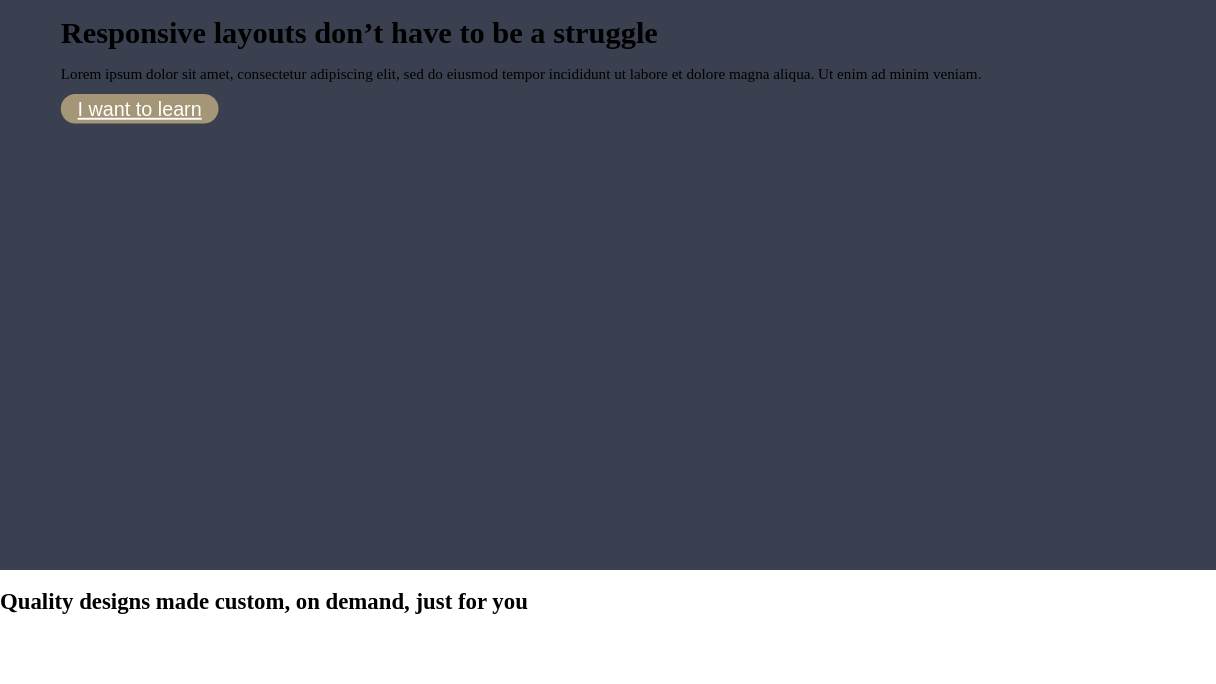
Repository: GregG21/Kevin-Powell-21-day-challange
Page: Day 9/index.html
An editor plug-in stored every save of this project. The page is shown before and after the next save, followed by the edit.
The browser window is 1280 px wide. The pictures show the whole page, at 95% of full size.
The style sheet was rebuilt from its Sass, Less or Tailwind sources for each picture, by a compiler version that may differ from the author's.

Above is the page before, as saved 2020-09-11 15:12:58.

### Day 9/index.html
<!DOCTYPE html>
<html lang="en">
<head>
    <meta charset="UTF-8">
    <meta name="viewport" content="width=device-width, initial-scale=1.0">
    <title>Conquering Rsponsive Layouts</title>
    <link href="https://fonts.googleapis.com/css2?family=Roboto:wght@400;900&display=swap" rel="stylesheet">
    <link rel="stylesheet" href="style.css">
</head>
<body>
    <header class="hero">
        <div class="container row">
            <div class="hero__text">
                <h1>Responsive layouts don’t have to be a struggle</h1>
                <p>Lorem ipsum dolor sit amet, consectetur adipiscing elit, sed do eiusmod tempor incididunt ut labore et dolore magna aliqua. Ut enim ad minim veniam.</p>
                <a href="#" class="btn">I want to learn</a>
            </div>
        </div>
    </header>
    <main class="main">
        <section class="primary-content">
            <h2 class="section-title">Quality designs made custom, on demand, just for you</h2>
                <p></p>
                <p></p>

            <aside class="sidebar">
                <h2 class="sidebar-title"></h2>
                <p></p>

                <h2 class="sidebar-title"></h2>
                <p></p>

                <h2 class="sidebar-title"></h2>
                <p></p>
            </aside>
        </section>
    </main>


</body>
</html>

### FINAL/style.scss
$dark_blue: #2E323F;
$blue: #3B4050;
$grey: #6F737F;
$white: #FFFFFF;
$baige: #A59678;

$bold-font: 'Oswald', sans-serif;
$regular-font: 'Montserrat', sans-serif;




*, *::after, *::before{
    box-sizing: border-box;

}
body {
    margin: 0;
}

h1 {
    margin: 0;
}

img {
    max-width: 100%;
}
header {
    padding: 1em;
    background-color: $dark_blue;
    align-items: center;
}
footer {
    display: flex;
    margin: 0 auto;
    justify-content: center;
}


.container {
    max-width: 1200px;
    width: 90%;
    margin: 0 auto;

}

.flex{
    display: flex;
    flex-direction: column;
}

.white-text {
    color: $white;
}

.baige-text {
    color: $baige;
}

.hero {
    background-color: $blue;
    flex-direction: column;
    padding: 1em 0;
    min-height: 600px;
    justify-content: center;
    align-items: center;
}
.title {
    font-size: 3rem;
    font-family: $bold-font;
    font-weight: 900;
}
.right-text {
    font-family: $regular-font;
    font-size: 1.5rem;
    margin: 1em;
    flex-direction: column;

    a{
        margin-top: 2em;
    }
}
.btn {
    font-family: $bold-font;
    background-color: $baige;
    color: white;
    font-size: 1.3rem;
    border-radius: 100px;
    padding: .2em .85em;
    text-align: center;
}

.first__section {
    background-color: #f1f1f1;
    padding: 1em;
}
.second__section {
    background-color: $white;
    padding: 1em;
    flex-direction: column;
}
footer {
    background-color: $blue;
    padding: 1em;

}




.nav__link {
    display: none;
    list-style: none;
    text-transform: uppercase;
    a {
        text-decoration: none;
        color: $white;
    }

}

.first__section--title {
    color: $baige;
    text-align: center;
    padding-top: 2em;
    font-family: $bold-font;
}
.first__section--text {
    font-family: $regular-font;
    text-align: center;
}
.tile {
    background-color: $dark_blue;
    text-align: center;
    color: white;


    h1 {
        font-family: $bold-font;
        font-weight: 900;
        font-size: 2em;
        padding: 1em 1em 0 1em;
    }
    p {
        font-family: $regular-font;
        font-size: 1em;
        font-weight: 400;
        padding: 1em;

    }
}

@media (min-width: 700px) {
    .nav__link {
        display: flex;
        padding-left: 2em;
        justify-content: flex-end;
    }
    .flex {
        display: flex;
        flex-direction: row;
    }
    .left {
        width: 40%;
    }
    .right {
        width: 55%;
    }

}


@media (min-width: 1000px) {
    .flex {
        display: flex;
        flex-direction: row;
    }


}

After the next save:
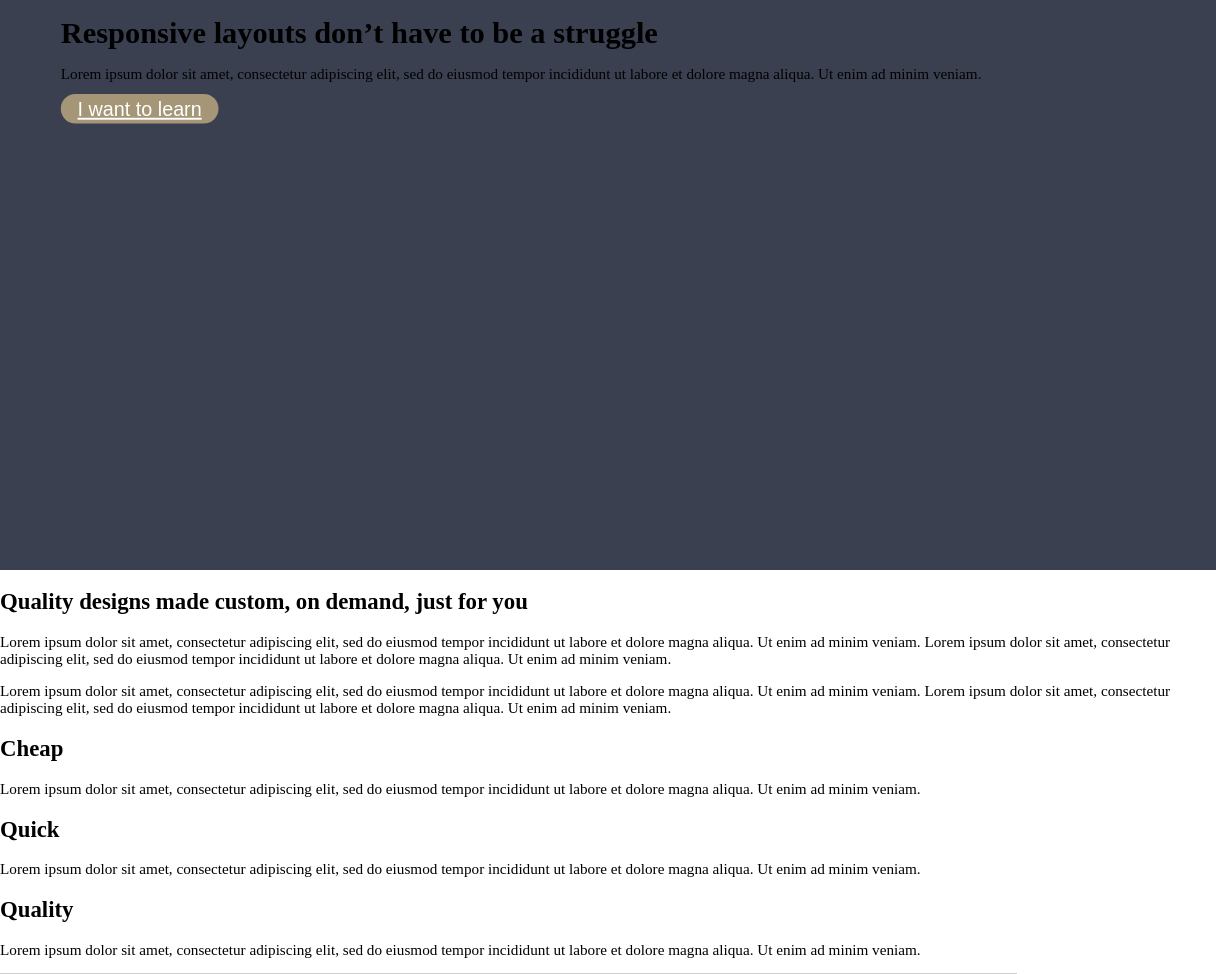
Saved 44 s later.
--- a/Day 9/index.html
+++ b/Day 9/index.html
@@ -20,18 +20,21 @@
     <main class="main">
         <section class="primary-content">
             <h2 class="section-title">Quality designs made custom, on demand, just for you</h2>
-                <p></p>
-                <p></p>
+                <p>Lorem ipsum dolor sit amet, consectetur adipiscing elit, sed do eiusmod tempor incididunt ut labore et dolore magna aliqua. Ut enim ad minim veniam. Lorem ipsum dolor sit amet, consectetur adipiscing elit, sed do eiusmod tempor incididunt ut labore et dolore magna aliqua. Ut enim ad minim veniam.</p>
+                <p>Lorem ipsum dolor sit amet, consectetur adipiscing elit, sed do eiusmod tempor incididunt ut labore et dolore magna aliqua. Ut enim ad minim veniam. Lorem ipsum dolor sit amet, consectetur adipiscing elit, sed do eiusmod tempor incididunt ut labore et dolore magna aliqua. Ut enim ad minim veniam.</p>
 
             <aside class="sidebar">
-                <h2 class="sidebar-title"></h2>
-                <p></p>
+                <h2 class="sidebar-title">Cheap</h2>
+                <p>Lorem ipsum dolor sit amet, consectetur adipiscing elit, sed do eiusmod tempor incididunt ut labore et dolore magna aliqua. Ut enim ad minim veniam.
+                </p>
 
-                <h2 class="sidebar-title"></h2>
-                <p></p>
+                <h2 class="sidebar-title">Quick</h2>
+                <p>Lorem ipsum dolor sit amet, consectetur adipiscing elit, sed do eiusmod tempor incididunt ut labore et dolore magna aliqua. Ut enim ad minim veniam.
+                </p>
 
-                <h2 class="sidebar-title"></h2>
-                <p></p>
+                <h2 class="sidebar-title">Quality</h2>
+                <p>Lorem ipsum dolor sit amet, consectetur adipiscing elit, sed do eiusmod tempor incididunt ut labore et dolore magna aliqua. Ut enim ad minim veniam.
+                </p>
             </aside>
         </section>
     </main>
